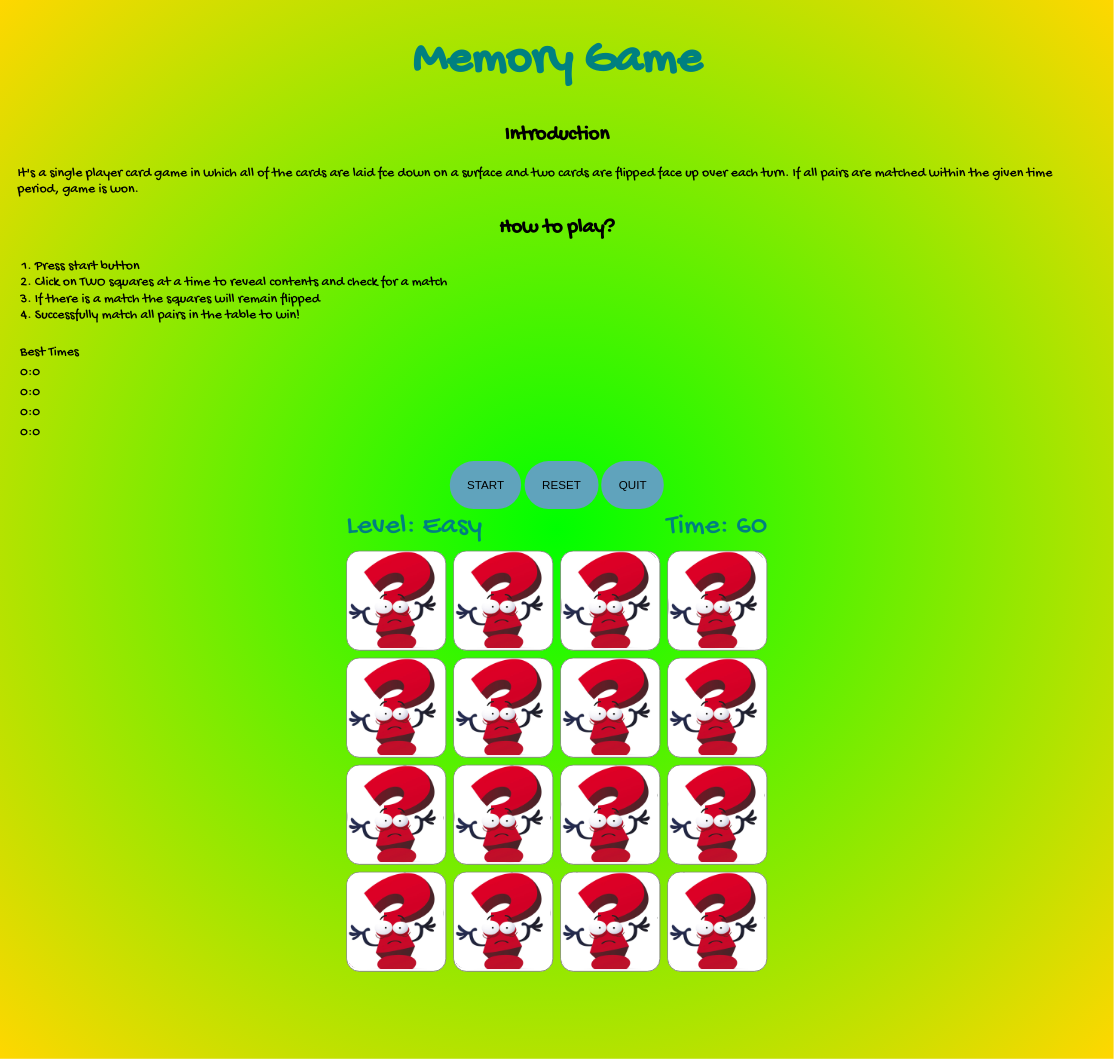
Repository: lauramika/Memory-Game
Page: index.html
The author's editor kept a record of every edit. The page is drawn from the files as they stood at one moment, then again after the next edit.
The browser window is 1280 px wide. The pictures show the whole page, at 87% of full size.

Above is the page before.

### index.html
<!DOCTYPE html>
<html lang = 'en'>
    <head>
        <meta name="viewport" content="width=device-width, initial-scale=1.0">
        <link rel="stylesheet" href="style.css" type="text/css" />
        <title>Memory Game</title>
    </head>
    <body>
        <h1 class="title-game">Memory Game</h1>

        <h2>Introduction</h2>
            <p>It's a single player card game in which all of the cards are
            laid fce down on a surface and two cards are flipped face up over
            each turn. If all pairs are matched within the given time
            period, game is won.</p>
         <div class="how-to-play">
            <h2>How to play?</h2>
              <ol>
                <li>Press start button</li>
                <li>Click on TWO squares at a time to reveal contents and check for a match</li>
                <li>If there is a match the squares will remain flipped </li>
                <li>Successfully match all pairs in the table to win!</li>
              </ol>
          </div>
          <div class="times">
            <table>
              <tr>
                <td class= "title">Best Times</td>
              </tr>
              <tr>
                <td class = "slot">0:0</td>
              </tr>
              <tr>
                <td class = "slot">0:0</td>
              </tr>
              <tr>
                <td class = "slot">0:0</td>
              </tr>
              <tr>
                <td class = "slot">0:0</td>
              </tr>
            </table>
          </div>
        <div class="buttons">
            <button class="start">Start</button>
            <button class="reset">Reset</button>
            <button class="quit">Quit</button>
        </div>
        <div class="main-container">
            <div class= "rules-container">
                <div class="level-container">
                    Level: <span id="level">Easy</span>
                </div>
                <div class="time-container">
                    Time: <span id="time-left">60</span>
                </div>
            </div>
            <div class="cards">

                <div class="front-face">
                    <img src="images/camera.png"></img>
                </div>
                 <div class="back-face">
                   <img src="images/question.jpg"></img>
                </div>
            </div>
            <div class="cards">


                <div class="front-face">
                    <img src="images/camera.png"></img>
                </div>
                 <div class="back-face">
                   <img src="images/question.jpg"></img>
                </div>
            </div>
            <div class="cards">

                <div class="front-face">
                    <img src="images/bomb.png"></img>
                </div>
                 <div class="back-face">
                   <img src="images/question.jpg"></img>
                </div>
            </div>
            <div class="cards">

                <div class="front-face">
                    <img src="images/bomb.png"></img>
                </div>
                 <div class="back-face">
                   <img src="images/question.jpg"></img>
                </div>
            </div>
            <div class="cards">

                <div class="front-face">
                    <img src="images/garfield.jpg"></img>
                </div>
                 <div class="back-face">
                   <img src="images/question.jpg"></img>
                </div>
            </div>
            <div class="cards">

                <div class="front-face">
                    <img src="images/garfield.jpg"></img>
                </div>
                 <div class="back-face">
                   <img src="images/question.jpg"></img>
                </div>
            </div>
            <div class="cards">

                <div class="front-face">
                    <img src="images/ladybug.jpg"></img>
                </div>
                 <div class="back-face">
                   <img src="images/question.jpg"></img>
                </div>
            </div>
            <div class="cards">

                <div class="front-face">
                    <img src="images/ladybug.jpg"></img>
                </div>
                 <div class="back-face">
                   <img src="images/question.jpg"></img>
                </div>
            </div>
            <div class="cards">

                <div class="front-face">
                    <img src="images/puppy.jpg"></img>
                </div>
                 <div class="back-face">
                   <img src="images/question.jpg"></img>
                </div>
            </div>
            <div class="cards">

                <div class="front-face">
                    <img src="images/puppy.jpg"></img>
                </div>
                 <div class="back-face">
                   <img src="images/question.jpg"></img>
                </div>
            </div>
            <div class="cards">

                <div class="front-face">
                    <img src="images/star.jpg"></img>
                </div>
                 <div class="back-face">
                   <img src="images/question.jpg"></img>
                </div>
            </div>
            <div class="cards">

                <div class="front-face">
                    <img src="images/star.jpg"></img>
                </div>
                 <div class="back-face">
                   <img src="images/question.jpg"></img>
                </div>
            </div>
            <div class="cards">

                <div class="front-face">
                    <img src="images/frog.jpg"></img>
                </div>
                 <div class="back-face">
                   <img src="images/question.jpg"></img>
                </div>
            </div>
            <div class="cards">

                <div class="front-face">
                    <img src="images/frog.jpg"></img>
                </div>
                 <div class="back-face">
                   <img src="images/question.jpg"></img>
                </div>
            </div>
            <div class="cards">

                <div class="front-face">
                    <img src="images/bananas.jpg"></img>
                </div>
                 <div class="back-face">
                   <img src="images/question.jpg"></img>
                </div>
            </div>
            <div class="cards">

                <div class="front-face">
                    <img src="images/bananas.jpg"></img>
                </div>
                 <div class="back-face">
                   <img src="images/question.jpg"></img>
                </div>
            </div>

        </div>
    </body>
</html>

### style.css
@import url('https://fonts.googleapis.com/css?family=Gochi+Hand&display=swap');
* {
    box-sizing: border-box;
}
html {
    min-height: 100vh;
}
body {
    margin: 0;
    background: radial-gradient(lime, gold);
    font-family: 'Gochi Hand', cursive;
}
h2 {
    text-align: center;
}
p, .times {
    margin: 20px;
}
.title-game {
    color: teal;
    text-align: center;
    font-size: 3.5em;
}

.rules-container {
    grid-column: 1 / -1;
    display: flex;
    justify-content: space-between;
}
.main-container {
    display: grid;
    grid-template-columns: repeat(4, auto);
    grid-gap: 8px;
    justify-content: center;
    margin-bottom: 100px;
    color: teal;
    font-size: 2.1em;
}

.cards {
    background-color: white;
    height: 115px;
    width: 115px;
    border-radius: 15px;
    transition: transform .2s;
    border: 1px solid gray;
    position: relative;
}
.cards:hover {
    transform: scale(1.05);
}

img {
    height: 111px;
    width: 111px;
    border-radius: 15px;
}
.front-face, .back-face {
    position: absolute;
}
.buttons {
    text-align: center;
}
button {
color: black;
text-transform: uppercase;
text-decoration: none;
background: #60a3bc;
padding: 20px;
border-radius: 50px;
display: inline-block;
border: none;
transition: all 0.4s ease 0s;
}
button: hover {

}

@media screen and (max-width: 800px) {
  .cards{
      height: 95px;
      width: 95px;
  }
  img {
      height: 91px;
      width: 91px;
  }
  .main-container {
      grid-gap: 4px;
  }
  .title-game {
      font-size: 2.5em;
  }
  .main-container {
      font-size: 1.6em;
  }
  }
@media screen and (max-width: 480px) {
  .cards{
      height: 70px;
      width: 70px;
  }
  img {
      height: 66px;
      width: 66px;
  }
  .main-container {
      grid-gap: 1px;
  }
  .title-game {
      font-size: 2em;
  }
  .main-container {
      font-size: 1.2em;
  }
  }

After the next edit:
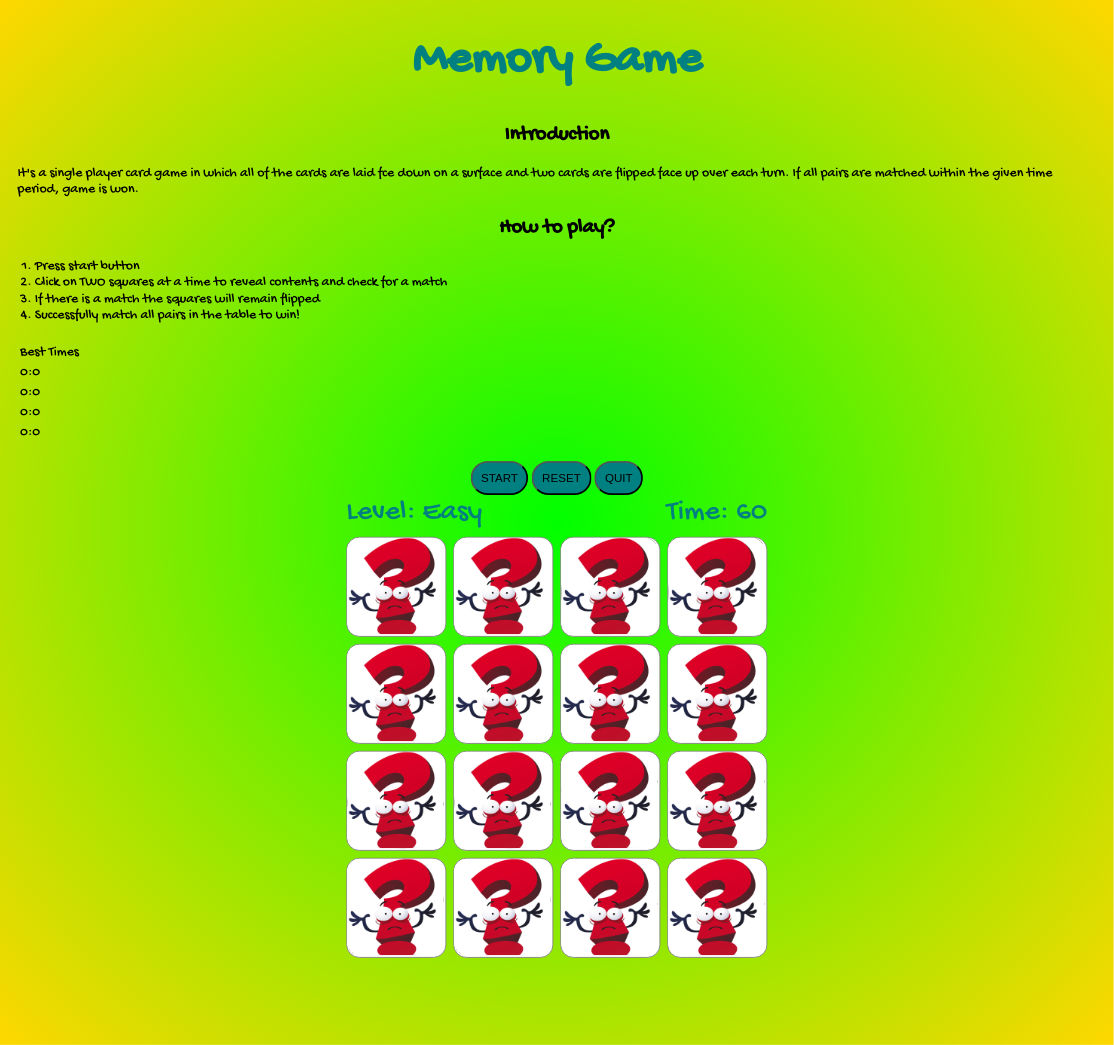
The edit:
--- a/style.css
+++ b/style.css
@@ -64,12 +64,10 @@
 button {
 color: black;
 text-transform: uppercase;
-text-decoration: none;
-background: #60a3bc;
-padding: 20px;
+background: teal;
+padding: 10px;
 border-radius: 50px;
-display: inline-block;
-border: none;
+
 transition: all 0.4s ease 0s;
 }
 button: hover {
